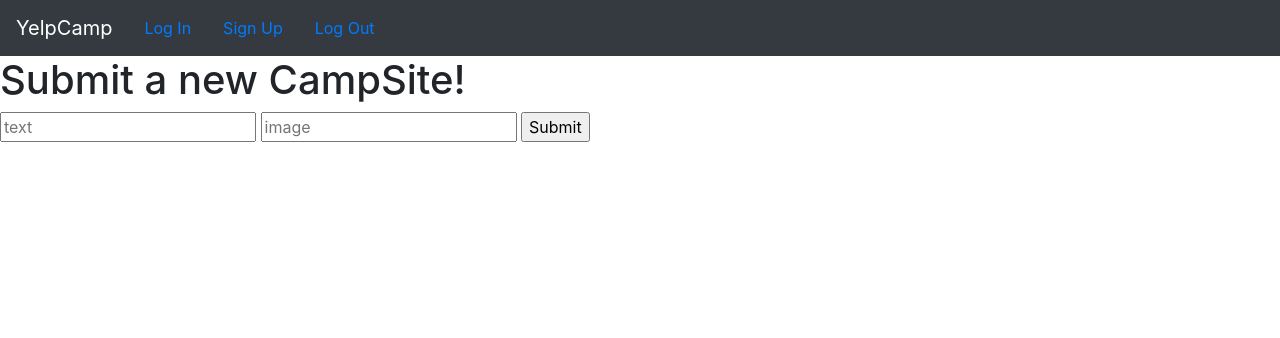
Repository: ritwikjog/Yelp-Camp
Page: http://localhost/campsites/new
The author's editor kept a record of every edit. The page is drawn from the files as they stood at one moment, then again after the next edit.
The browser window is 1280 px wide. The pictures show the whole page.
Some web libraries are served in a nearby version. The page is served by the project's Node server (v2/app.js). Other server files are loaded and not shown.

Above is the page before.

### v2/views/new.ejs
<% include partials/header %>

<h1>Submit a new CampSite! </h1>

<form action="/campsites" method="POST">
    <input type="text" name="name" placeholder="text">
    <input type="text" name="image" placeholder="image">
    <input type="submit">
</form>

### v2/views/partials/header.ejs
<!DOCTYPE html>
<html>
<head>
	<title></title>
	<link rel="stylesheet" href="https://stackpath.bootstrapcdn.com/bootstrap/4.2.1/css/bootstrap.min.css">
</head>
<body>
    <nav class="navbar navbar-expand-lg navbar-dark bg-dark">
          <a class="navbar-brand" href="#">YelpCamp</a>
          <button class="navbar-toggler" type="button" data-toggle="collapse" data-target="#navbarSupportedContent" aria-controls="navbarSupportedContent" aria-expanded="false" aria-label="Toggle navigation">
            <span class="navbar-toggler-icon"></span>
          </button>

          <div class="collapse navbar-collapse" id="navbarSupportedContent">
                <ul class="nav justify-content-center">
                  <li class="nav-item">
                    <a class="nav-link" href="#">Log In</a>
                  </li>
                  <li class="nav-item">
                    <a class="nav-link" href="#">Sign Up</a>
                  </li>
                  <li class="nav-item">
                    <a class="nav-link" href="#">Log Out</a>
                  </li>
                </ul>
          </div>
</nav>

### v2/app.js
var express = require("express"),
app         = express(),
bodyParser  = require("body-parser"),
Camp        = require("./models/campgrounds"),
mongoose    = require("mongoose");

mongoose.connect("mongodb://localhost:27017/yelp_camp", {useNewUrlParser : true});

app.set("view engine", "ejs");
app.use(bodyParser.urlencoded({extended:true}));

app.get("/", function(req,res){
   res.render("landing");
});

app.get("/campsites", function(req,res){
    Camp.find({}, function(err, camps){
        if(err)
        {
            console.log(err);
        }
        else
        {
            res.render("campsites.ejs", {camps:camps});
        }
    });
});

app.get("/campsites/new", function(req,res){
   res.render("new");
});

app.post("/campsites", function(req,res){
   var siteName = req.body.name;
   var image = req.body.image;

   var campground = {
        name: siteName,
        image:image
   };

   Camp.create(campground, function(err,camp){
       if(err){
           console.log(err);
       }
       else
       {
           res.redirect("/campsites");
       }
   });
});

app.get("/campsites/:id", function(req,res){
   Camp.find({_id:req.params.id}, function(err, camp){
      if(err){
          console.log(err);
      }
      else
      {
          res.render("show",{camp:camp});
      }
   });
});

app.listen(process.env.PORT, process.env.IP, function(){
   console.log("Server is running");
});

Loaded but not shown: v2/views/partials/footer.ejs (common file)

After the next edit:
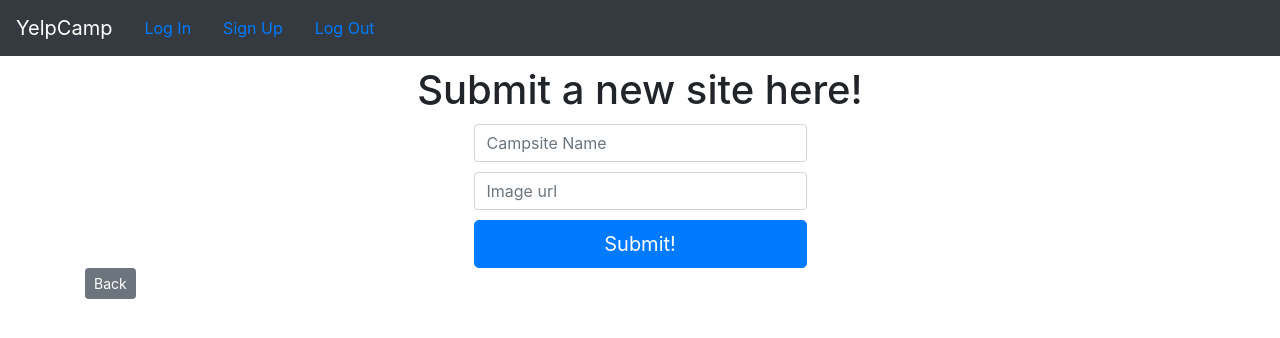
The edit:
--- a/v2/views/new.ejs
+++ b/v2/views/new.ejs
@@ -1,9 +1,18 @@
 <% include partials/header %>
 
-<h1>Submit a new CampSite! </h1>
-
-<form action="/campsites" method="POST">
-    <input type="text" name="name" placeholder="text">
-    <input type="text" name="image" placeholder="image">
-    <input type="submit">
-</form>
+ <div class="container">
+        <h1 class="text-center" style="margin-top:10px;">Submit a new site here!</h1>
+        <form action="/campsites" method="POST">
+             <div class="form-group" style="width:30%; margin:10px auto;">
+                 <input class="form-control" type="text" placeholder="Campsite Name" name="name">
+             </div>
+             <div class="form-group" style="width:30%; margin:10px auto;">
+                 <input class="form-control" type="text" placeholder="Image url" name="image">
+             </div>
+             <div class="form-group" style="width:30%; margin:0 auto;">
+                 <button class="btn btn-lg btn-primary btn-block text-center">Submit!</button>
+             </div>
+        </form>
+        <a class="btn btn-secondary btn-sm" style="margin: 0 auto;" href="/">Back</a>
+    </div>
+<% include partials/footer %>
